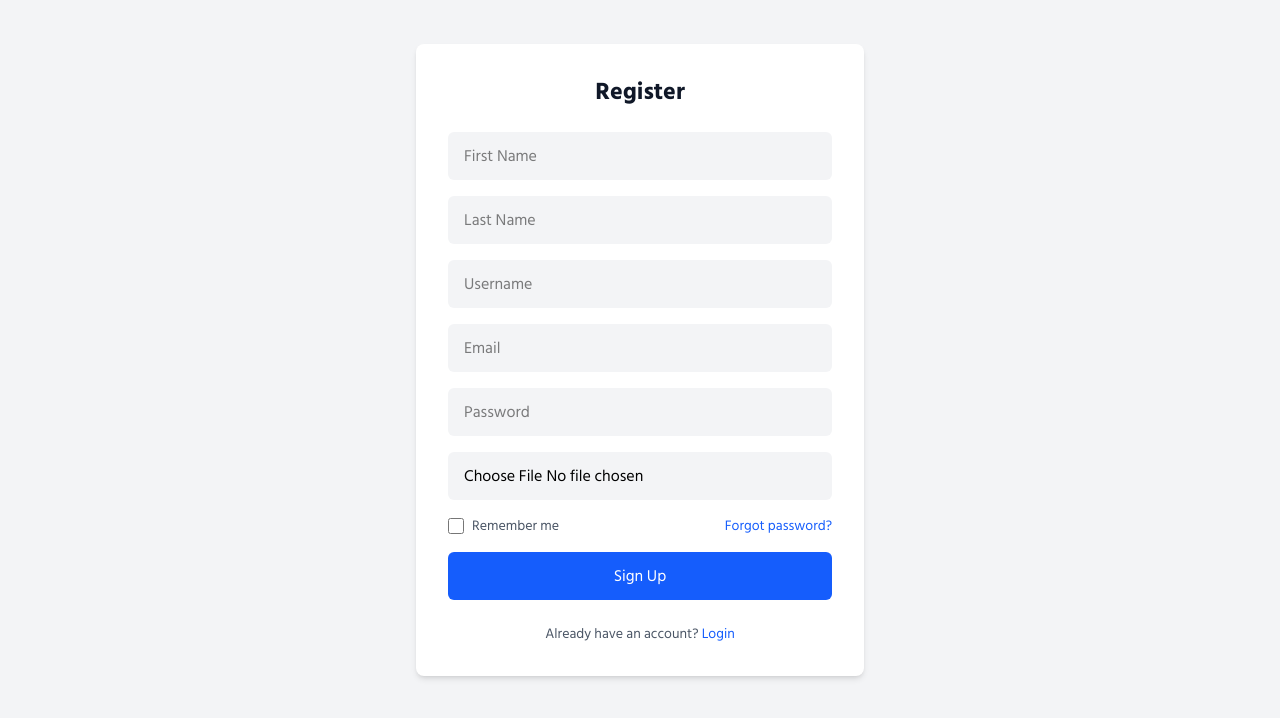
Repository: Ruddro420/course-selling
Page: /register
An editor plug-in stored every save of this project. The page is shown before and after the next save, followed by the edit.
The browser window is 1280 px wide. The pictures show the whole page.
The project was rebuilt for these pictures with package versions that can differ from the ones it lists, and the page was loaded fresh each time. Also part of the build but not shown: vite.config.js, src/components/AboutSection.jsx, src/components/ContactSection.jsx, src/components/CourseSection.jsx, src/components/Hero.jsx, src/components/TeamSection.jsx, src/components/WhyUsSection.jsx, src/pages/Home.jsx and 4 more.

Above is the page before, as saved 2025-02-05 22:27:44.

After the next save:
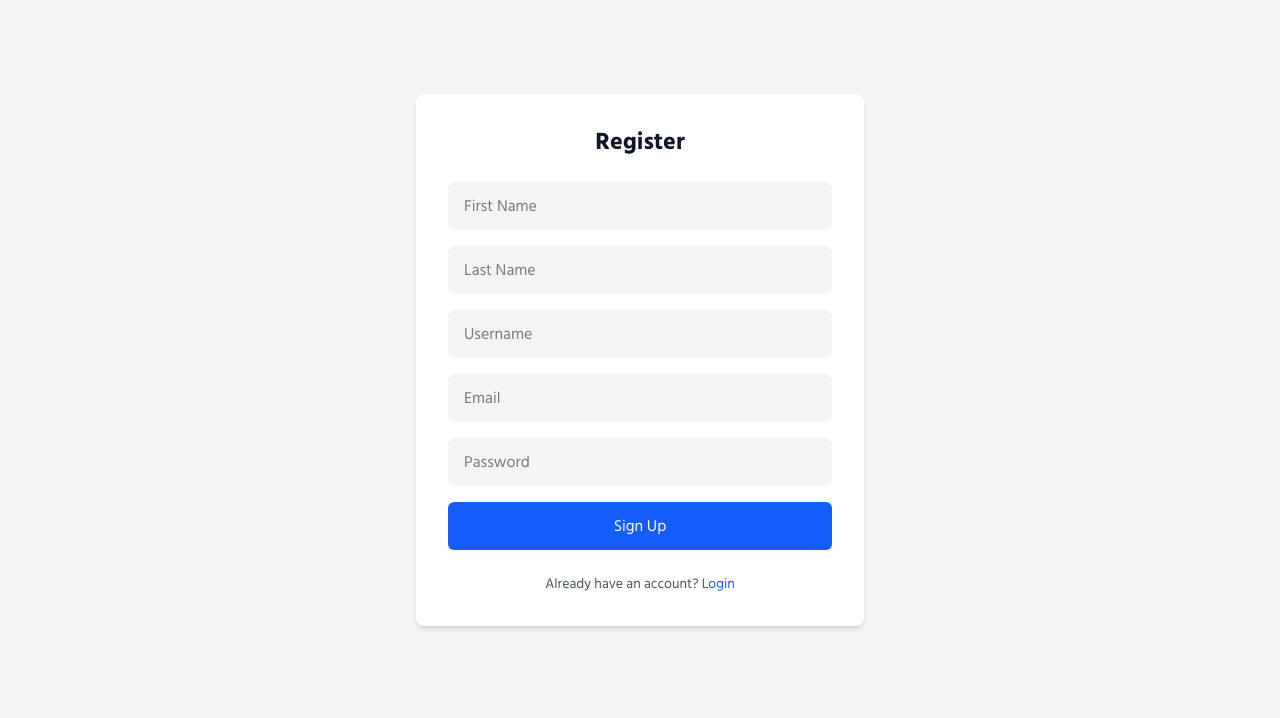
Saved 27 s later.
--- a/src/pages/AuthPage.jsx
+++ b/src/pages/AuthPage.jsx
@@ -41,19 +41,6 @@ const AuthPage = () => {
                             className="w-full px-4 py-3 bg-gray-100 rounded-md focus:outline-none focus:ring-2 focus:ring-blue-500"
                         />
                     </div>
-                    <div>
-                        <input
-                            type="file"
-                            className="w-full px-4 py-3 bg-gray-100 rounded-md focus:outline-none focus:ring-2 focus:ring-blue-500"
-                        />
-                    </div>
-                    <div className="flex items-center justify-between">
-                        <label className="flex items-center">
-                            <input type="checkbox" className="w-4 h-4 text-blue-600 border-gray-300 rounded" />
-                            <span className="ml-2 text-sm text-gray-600">Remember me</span>
-                        </label>
-                        <a href="#" className="text-sm text-blue-600 hover:underline">Forgot password?</a>
-                    </div>
                     <button
                         type="submit"
                         className="w-full py-3 text-white bg-blue-600 rounded-md hover:bg-blue-700 transition duration-300"
